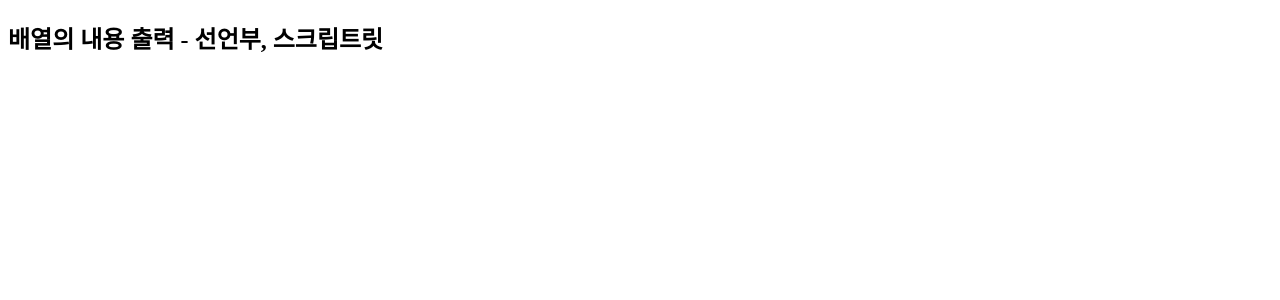
Repository: coolSummer1119/study
Page: http://localhost/ch03_Jsp/ch02_script/s01_script.jsp
The author's editor kept a copy of each file at every save. The page is drawn from the files as they stood at one save, then again after the next save.
The browser window is 1280 px wide. The pictures show the whole page.
The page is served by Tomcat 9.

Above is the page before, as saved 2024-04-22 07:24:11.

After the next save:
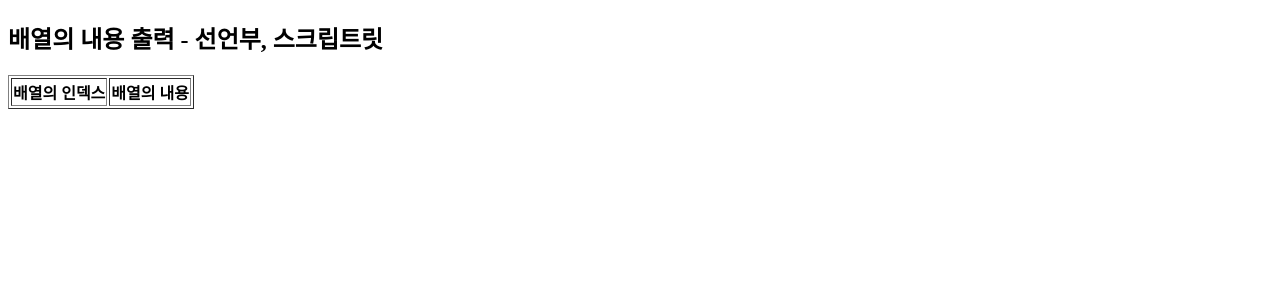
Saved 78 s later.
--- a/workspace/ch03_Jsp/src/main/webapp/ch02_script/s01_script.jsp
+++ b/workspace/ch03_Jsp/src/main/webapp/ch02_script/s01_script.jsp
@@ -12,5 +12,11 @@
 	//선언부 : 변수선언, 메서드 선언
 	String[] str = {"JSP가","정말","재미","있다"};
 %>
+<table border="1">
+	<tr>
+		<th>배열의 인덱스</th>
+		<th>배열의 내용</th>
+	</tr>
+</table>
 </body>
 </html>
